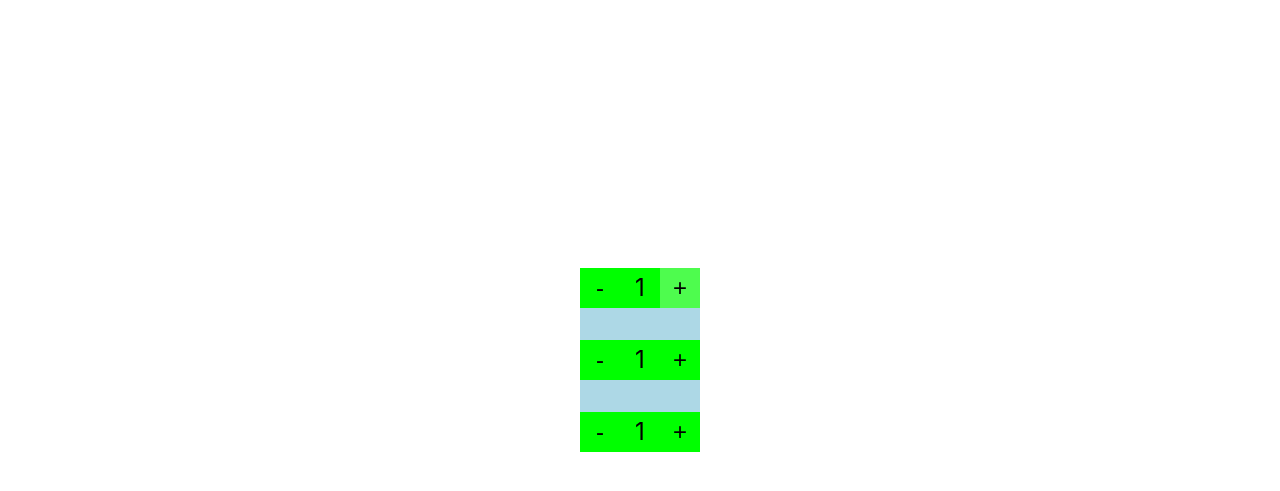
Repository: max535/test-task-netrika
Page: /
These files come from the project's save history. The page is drawn as it stood at one moment and after the next save; the edit follows.
The browser window is 1280 px wide. The pictures show the whole page.
The pointer rests on the first visible `.Increment`.
The project was rebuilt for these pictures with package versions that can differ from the ones it lists, and the page was loaded fresh each time.

Above is the page before, as saved 2021-10-16 07:42:59.

After the next save:
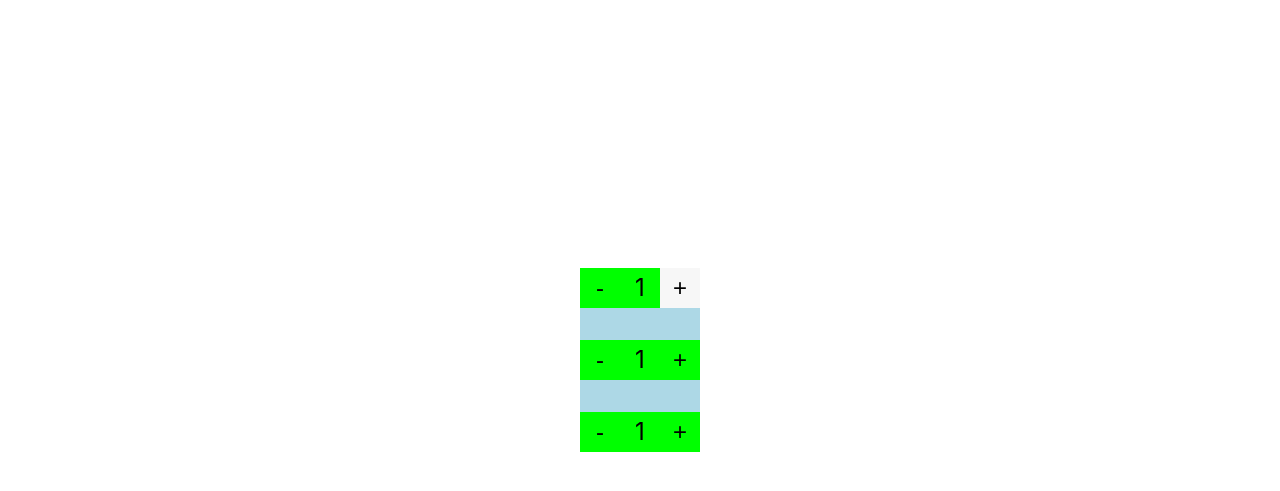
Saved 57 s later.
--- a/src/Counter/Counter.css
+++ b/src/Counter/Counter.css
@@ -31,8 +31,9 @@
 
 .Increment:hover, .Decrement:hover {
     background-color: #F7F7F7;
-    transition: ease-in 3s;
+    transition: ease-in-out .3s;
 }
+
 
 /* .Increment {
     width: 40px;
